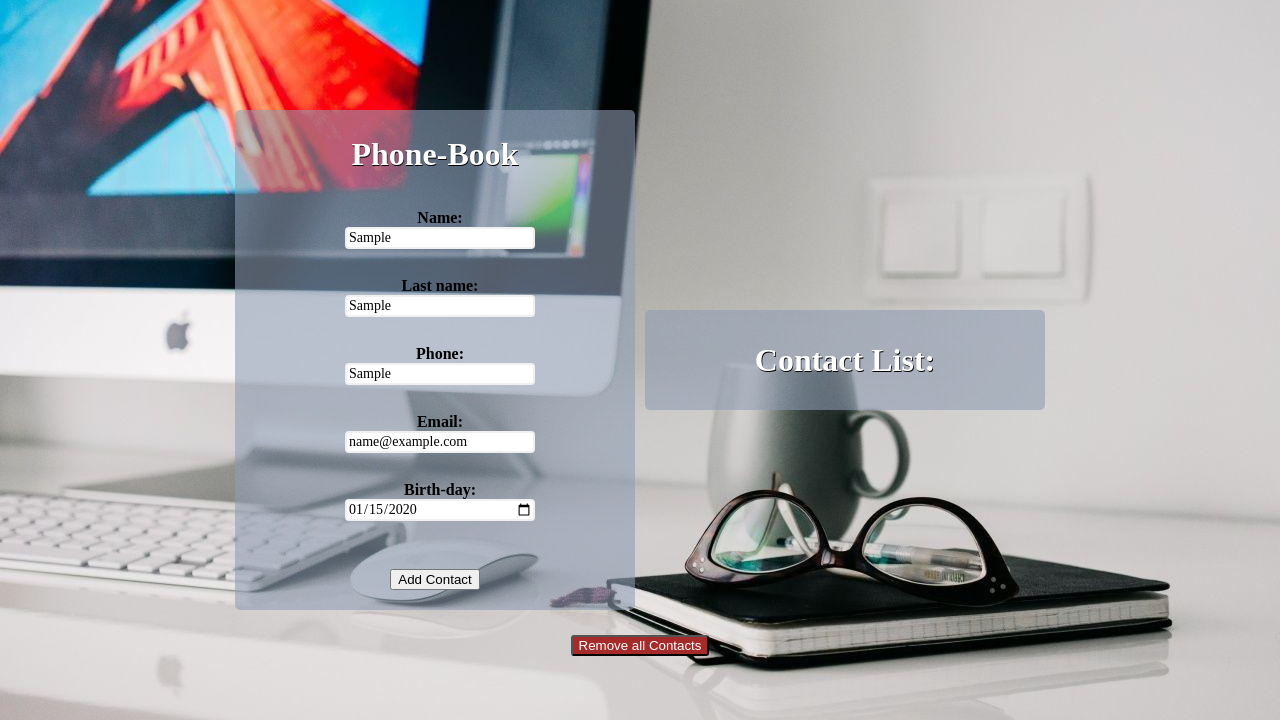
Repository: STA1357/Phone-book
Page: Inner.html
These files come from the project's save history. The page is drawn as it stood at one moment and after the next save; the edit follows.
The browser window is 1280 px wide. The pictures show the whole page.
Empty fields were first filled with sample values (such as "Sample", 5 or name@example.com).
After loading, the first visible `#form` was submitted once.

Above is the page before, as saved 2020-12-12 13:50:23.

### Inner.html
<!DOCTYPE html>
<html lang="en">
<head>
    <meta charset="UTF-8">
    <meta name="viewport" content="width=device-width, initial-scale=1.0">
    <title>Phone Book</title>
    <link rel="stylesheet" href="./styles.css">
    <script src="./app.js"></script>
</head>
<body>
    <form action="#" method="POST" id="form" class="form">

        <header>
            <div class="header-title">
                <h1>Phone-Book</h1>
            </div>
        </header>

        <main>
            <div class="container">

                <div class="form-control">
                <label for="name">Name:</label>
                <input type="text" class="form-input" id="nameInput">
                <small>Field is required</small>
                </div>

                <div class="form-control">
                <label for="lname">Last name:</label>
                <input type="text" class="form-input" id="lnameInput">
                <small>Field is required</small>
                </div>

                <div class="form-control">
                <label for="tel">Phone:</label>
                <input type="text" class="form-input" id="telInput" class="tellinput">
                <small>Field is required</small>
                </div>


                <div class="form-control">
                <label for="email">Email:</label>
                <input type="email" class="form-input" id="emailInput">
                <small>Field is required</small>
                </div>


                <div class="form-control">
                <label for="birthname">Birth-day:</label>
                <input type="date" class="form-input" id="birthInput">
                <small>Field is required</small>
                </div>

            </div>

        </main>

        <div class="btn">
        <button type="submit" id="btnAdd">Add Contact</button>
    </div>
    </form>
<div class="list-container">
    <h2 class="listTitle">Contact List:</h2>
    <ul id="users"></ul>
</div>

<div class="clearBook">
    <button id="clearBookBtn" class="clearBookBtn" onclick="removeAll()">Remove all Contacts</button>
</div>

</body>
</html>

### styles.css
*{
    box-sizing: border-box;

}

body{
    display: flex;
    flex-direction: row;
    align-items: center;
    justify-content: center;
    min-height: 100vh;
    margin: 0;
    background: url("./wp3990421-office-wallpapers.jpg") no-repeat fixed center center;
    background-size: cover;
}

.header-title{
    color: white;
    text-shadow: 0.5px 0.5px black;
}

form{

    background-color: rgba(144, 156, 179, 0.589);
    width: 400px;
    max-width: 100%;
    margin-right: 10px;
    text-align: center;
    border-radius: 5px;
    position: relative;
}

main{
    margin-left: 25%;
}

.container{
    text-align: center;
    display: block;
    width: 70%;
}

.list-container{
    background-color: rgba(144, 156, 179, 0.589);
    width: 400px;
    max-width: 100%;
    page-break-after: 30px 40px;
    border-radius: 5px;
}

.listTitle{
    color: white;
    text-shadow: 0.7px 0.7px black;
    font-size: 32px;
}

.titleLi{
    color: rgb(190, 14, 14);
    text-shadow: 0.5px 0.5px black;
    font-size: 22px;
}

.infoList{
    color: black;
    font-size: 18px;
}

h2{
    text-align: center;
}

label{
    font-weight: bold;
}

.form-control input {
	border: 2px solid #f0f0f0;
	border-radius: 4px;
	display: block;
	font-family: inherit;
	font-size: 14px;

	width: 100%;
}








.btn{
    padding: 20px 0;
}


.selected{
    background-color: skyblue;
    color: black;
    text-shadow: 0.5px 0.5px grey;
}

.deleteBtn::before{
    color: brown;
    content: "delete";
    font-weight: bold;
}

.deleteAll::before{
    color: brown;
    content: "delete";
}

div{
    padding: 5px;
}

li{
    font-weight: bold;
    font-style: italic;
}

.clearBook{
    display: block;
    position: fixed;

}

.clearBookBtn{
    margin-top: 570px;
    background-color: brown;
    color: white;
    border-radius: 3px;
}

.form-control.success input{
    border-color: rgb(18, 206, 18);
}

.form-control.error input{
    border-color: rgb(224, 68, 68);
}


.form-control small {
	color: rgb(224, 68, 68);
	bottom: 0;
	left: 0;
	visibility: hidden;
}

.form-control.error small{
    visibility: visible;
}

.active {
    background-color: gray;
}

### app.js


window.onload = function() {
    const localKey = 'contactsCollection';
    const form = document.querySelector('form');
    const list = document.getElementById('users');
    const userName = document.getElementById('nameInput');
    const userLname = document.getElementById('lnameInput');
    const userTel = document.getElementById('telInput');
    const userEmail = document.getElementById('emailInput');
    const userBirth = document.getElementById('birthInput');

    let contactsList = getContacts();
    let activeContact = {};

    generateContactList();
    //validation
    form.addEventListener('submit', (e) => {
        e.preventDefault();
        if (validateForm()) {
            const contact = {
                id: getId(),
                name: userName.value,
                lastName: userLname.value,
                phone: userTel.value,
                mail: userEmail.value,
                birthDay: userBirth.value
            }
            if (Object.keys(activeContact).length) {
                updateContact(contact);
                setActiveContact({});
            } else {
                recordContact(contact);
            }
        }
    })

    function setErrorFor (input) {
        const formControl = input.parentElement;
        formControl.classList.add("error");
    }

    function removeError(input) {
        const formControl = input.parentElement;
        formControl.classList.remove("error");
    }

    function isValidField(field) {
        const valid = !!field.value.trim();
        if (!valid) {
            setErrorFor(field);
        } else {
            removeError(field);
        }
        return valid;
    }

    function validateForm() {
        const validateFields = document.querySelectorAll('.form-input');
        const validFields = [];
        validateFields.forEach(field => validFields.push(isValidField(field)));
        return !validFields.some(valid => !valid);
    }

    function getContacts() {
        const res = localStorage.getItem(localKey);
        return res ? JSON.parse(res) : [];
    }

    function setToStorage(data) {
        localStorage.setItem(localKey, data);
    }

    function updateContactList(newContact) {
        const newList = contactsList.map(contact => contact.id === newContact.id ? newContact : contact);
        debugger;
        const string = JSON.stringify(newList);
        contactsList = newList;
        setToStorage(string);
        generateContactList();
    }

    function recordContact(newContact) {
        updateContactList([...contactsList, newContact])
    }

    function updateContact(newData) {
        contactsList = contactsList.map(contact => contact.id === newData.id ? newData : contact);
        updateContactList(contactsList);
    }

    function deleteContact(removeId) {
        contactsList = contactsList.filter(({ id }) => id !== removeId);
        updateContactList(contactsList);
    }

    function switchSaveButton() {

    }

    function setActiveContact(contact) {
        activeContact = contact;
        const contacts = document.querySelectorAll('.contact-item');
        const { id = "", name = "", lastName = "", phone = "", mail = "", birthDay = "" } = contact;
            contacts.forEach((contact) => {
                if (contact.id === `contact-${id}`) {
                    contact.classList.add('active');
                } else {
                    contact.classList.remove('active');
                }
            })
            userName.value = name;
            userLname.value = lastName;
            userTel.value = phone;
            userEmail.value = mail;
            userBirth.value = birthDay;
    }

    function generateContactList() {
        const fragment = document.createDocumentFragment();
        contactsList.forEach((contact) => {
            const { id, name, lastName, phone, mail, birthDay } = contact;
            const container = document.createElement('div');

            container.onclick = () => setActiveContact(contact);
            container.id = `contact-${id}`;
            container.className = 'contact-item';
            const title = document.createElement('li');
            title.className = 'titleLi'
            title.innerText = `${name} ${lastName}`;

            const infoList = document.createElement('b');
            infoList.className = 'infoList'
            infoList.innerText = `${phone}
            ${mail}
            ${birthDay}`;
            // phonesList.innerText = phones.join(' ');
            container.appendChild(title);
            container.appendChild(infoList);
            const deleteBtn = document.createElement('button');
            deleteBtn.className = 'deleteBtn'
            container.appendChild(deleteBtn);
            deleteBtn.addEventListener('mousedown', function (e) {
                e.preventDefault();
            })
            fragment.appendChild(container);

            deleteBtn.addEventListener('click', function (e) {
                deleteContact(id);
            })
            document.getElementById('nameInput').value = "";
            document.getElementById('lnameInput').value = "";
            document.getElementById('telInput').value = "";
            document.getElementById('emailInput').value = "";
            document.getElementById('birthInput').value = "";
        });


        list.innerHTML = '';
        list.appendChild(fragment);


    }

    function getId() {
        return '_' + Math.random().toString(36).substr(2, 9);
    };
}

function removeAll(){
    if(window.confirm("This action will remove all contacts. Are you sure?")){
        window.localStorage.clear();
        document.location.reload();
    }
}


function newFunction() {
    return document.getElementById('contactsCount');
}
//function move_up() {
//document.getElementById('list-container').scrollTop += 10;
//}

//function move_down() {
//document.getElementById('list-container').scrollTop -= 10;
//}

// const form = document.querySelector('form')
// const list = document.getElementById('users')
// const userName = document.getElementById('nameInput')
// const userLname = document.getElementById('lnameInput')
// const userTel = document.getElementById('telInput')
// const userEmail = document.getElementById('emailInput')
// const userBirth = document.getElementById('birthInput')
// const entry = document.createElement('li')


// function addUser() {
//     const list = document.getElementById('users')
//     const userName = document.getElementById('nameInput')
//     const userLname = document.getElementById('lnameInput')
//     const userTel = document.getElementById('telInput')
//     const userEmail = document.getElementById('emailInput')
//     const userBirth = document.getElementById('birthInput')
//     const entry = document.createElement('li')
//     entry.appendChild(document.createTextNode(userName.value + ' ' + userLname.value + ' '
//     + userTel.value + ' ' + userEmail.value + ' ' + userBirth.value))
//     list.appendChild(entry)
//     return false

// }

// let bookContacts = [];

// const addContacts = (ev) => {
//     ev.preventDefault();
//     let contact = {
//         name: document.getElementById('nameInput').value,
//         lname: userLname.value,
//         tel: userTel.value,
//         email: userEmail.value,
//         birthday: userBirth.value
//     }
//     bookContacts.push(contact);
//     document.forms[0].reset();
// }
// document.addEventListener('DomContentLoad', () =>{
//     document.getElementById('btnAdd').addEventListener('click',addContacts)
// })
// console.log(bookContacts);




/*class Person{
    constructor(options){
        this.name = options.name
        this.lname = options.lname
        this.tel = options.tel
        this.email = options.email
        this.birthday = options.birthday
    }
}

class User extends Person{
    static type = "User"
}

const user = new User({
    name: "",
    lname: "",
    tel: "",
    email:"",
    birthday:""
})


localStorage.setItem('userInfo', JSON.stringify(user));




const raw = localStorage.getItem('userInfo')
const userInfo = JSON.parse(raw)
userInfo.name = 'Maxim'

console.log(userInfo);*/

After the next save:
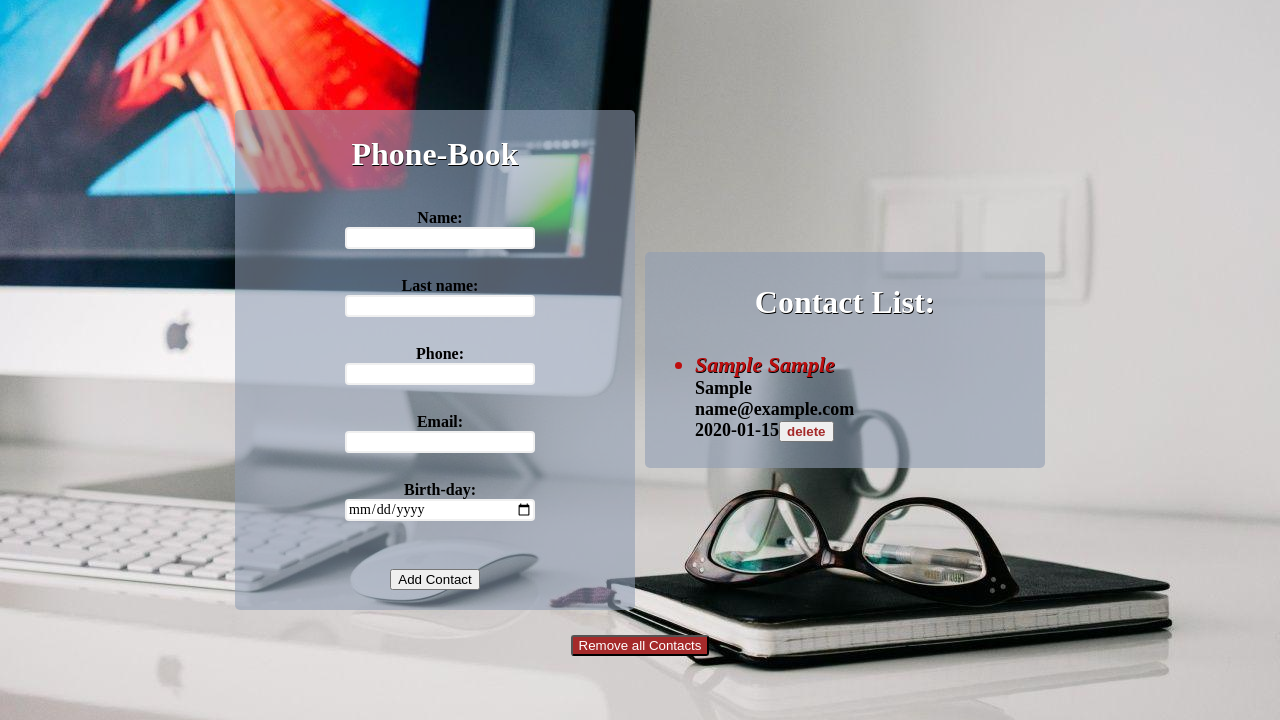
Saved 77 s later.
--- a/app.js
+++ b/app.js
@@ -18,6 +18,7 @@ window.onload = function() {
     form.addEventListener('submit', (e) => {
         e.preventDefault();
         if (validateForm()) {
+            debugger;
             const contact = {
                 id: getId(),
                 name: userName.value,
@@ -71,9 +72,7 @@ window.onload = function() {
         localStorage.setItem(localKey, data);
     }
 
-    function updateContactList(newContact) {
-        const newList = contactsList.map(contact => contact.id === newContact.id ? newContact : contact);
-        debugger;
+    function updateContactList(newList) {
         const string = JSON.stringify(newList);
         contactsList = newList;
         setToStorage(string);
